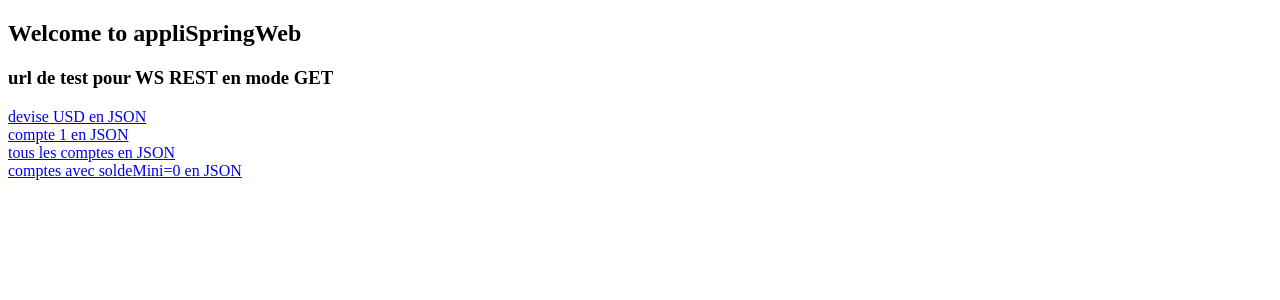
Repository: Anouar2EL/TP-JAVA-22-06-23
Page: appliSpringWeb/src/main/resources/static/index.html
These files come from the project's save history. The page is drawn as it stood at one moment and after the next save; the edit follows.
The browser window is 1280 px wide. The pictures show the whole page.

Above is the page before, as saved 2023-07-25 13:06:56.

After the next save:
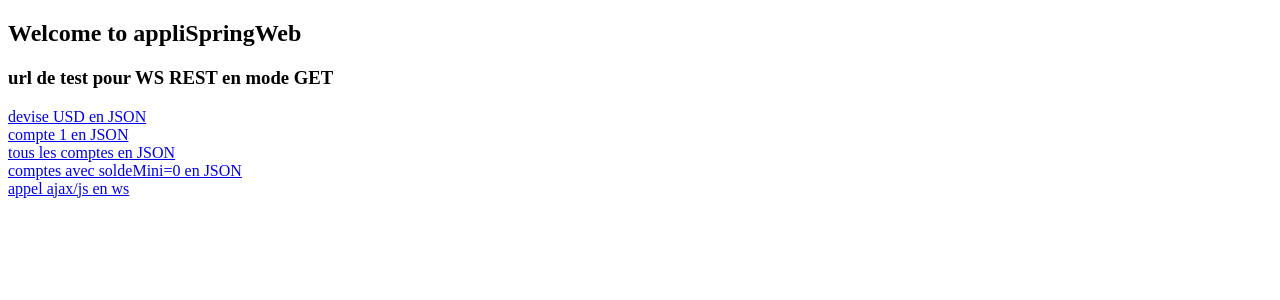
Saved 11 min 0 s later.
--- a/appliSpringWeb/src/main/resources/static/index.html
+++ b/appliSpringWeb/src/main/resources/static/index.html
@@ -11,5 +11,7 @@
 <a href="./api-bank/compte/1">compte 1 en JSON</a> <br/>
   <a href="./api-bank/compte">tous les comptes en JSON</a> <br/>
    <a href="./api-bank/compte?soldeMini=0">comptes avec soldeMini=0 en JSON</a> <br/>
+
+     <a href="compteAjax.html">appel ajax/js en ws</a> <br/>
 </body>
 </html>
